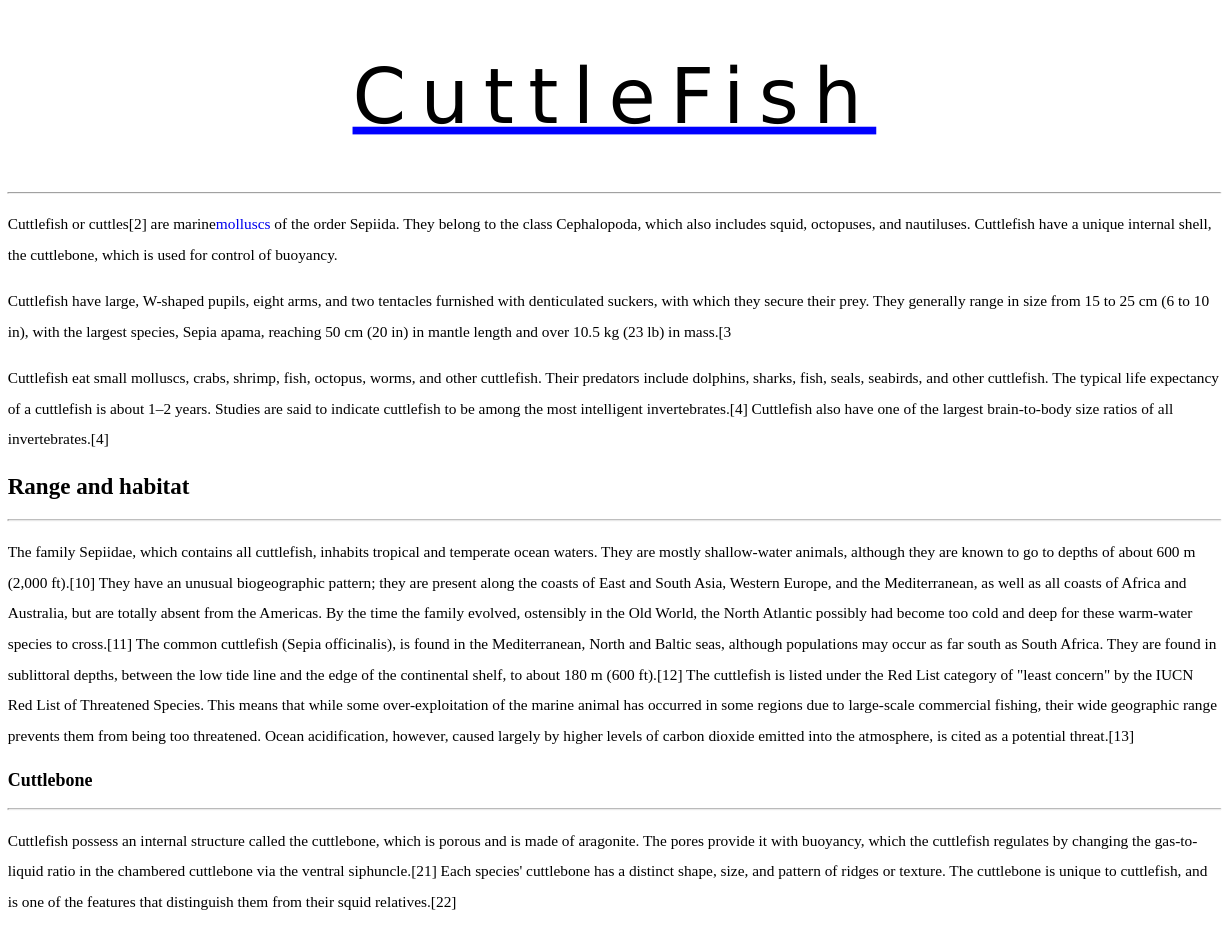
Repository: zhFIsHappy/UdemyFullStack
Page: CSS Text Properties.html
An editor plug-in stored every save of this project. The page is shown before and after a run of saves, followed by the edit.
The browser window is 1280 px wide. The pictures show the whole page, at 96% of full size.

Above is the page before, as saved 2021-12-31 19:37:06.

### CSS Text Properties.html
<!DOCTYPE html>
<html lang="en">
<head>
    <meta charset="UTF-8">
    <meta http-equiv="X-UA-Compatible" content="IE=edge">
    <meta name="viewport" content="width=device-width, initial-scale=1.0">
    <title>CSS Text Properties</title>
    <link rel = "stylesheet" href="apt.css">
</head>
<body>
    <h1>CuttleFish</h1>
    <hr>
    <p>
        Cuttlefish or cuttles[2] are marine<a href="#nowhere">molluscs</a>  of the order Sepiida. They belong to the class Cephalopoda, which also
        includes squid, octopuses, and nautiluses. Cuttlefish have a unique internal shell, the cuttlebone, which is used for
        control of buoyancy.
    </p>
    <p>
        Cuttlefish have large, W-shaped pupils, eight arms, and two tentacles furnished with denticulated suckers, with which
        they secure their prey. They generally range in size from 15 to 25 cm (6 to 10 in), with the largest species, Sepia
        apama, reaching 50 cm (20 in) in mantle length and over 10.5 kg (23 lb) in mass.[3
    </p>
    <p>
        Cuttlefish eat small molluscs, crabs, shrimp, fish, octopus, worms, and other cuttlefish. Their predators include
        dolphins, sharks, fish, seals, seabirds, and other cuttlefish. The typical life expectancy of a cuttlefish is about 1–2
        years. Studies are said to indicate cuttlefish to be among the most intelligent invertebrates.[4] Cuttlefish also have
        one of the largest brain-to-body size ratios of all invertebrates.[4]
    </p>
    <h2>Range and habitat</h2>
    <hr>
    <p>
        The family Sepiidae, which contains all cuttlefish, inhabits tropical and temperate ocean waters. They are mostly
        shallow-water animals, although they are known to go to depths of about 600 m (2,000 ft).[10] They have an unusual
        biogeographic pattern; they are present along the coasts of East and South Asia, Western Europe, and the Mediterranean,
        as well as all coasts of Africa and Australia, but are totally absent from the Americas. By the time the family evolved,
        ostensibly in the Old World, the North Atlantic possibly had become too cold and deep for these warm-water species to
        cross.[11] The common cuttlefish (Sepia officinalis), is found in the Mediterranean, North and Baltic seas, although
        populations may occur as far south as South Africa. They are found in sublittoral depths, between the low tide line and
        the edge of the continental shelf, to about 180 m (600 ft).[12] The cuttlefish is listed under the Red List category of
        "least concern" by the IUCN Red List of Threatened Species. This means that while some over-exploitation of the marine
        animal has occurred in some regions due to large-scale commercial fishing, their wide geographic range prevents them
        from being too threatened. Ocean acidification, however, caused largely by higher levels of carbon dioxide emitted into
        the atmosphere, is cited as a potential threat.[13]

    </p>
    <h3>Cuttlebone</h3>
    <hr>
    <p>
        Cuttlefish possess an internal structure called the cuttlebone, which is porous and is made of aragonite. The pores
        provide it with buoyancy, which the cuttlefish regulates by changing the gas-to-liquid ratio in the chambered cuttlebone
        via the ventral siphuncle.[21] Each species' cuttlebone has a distinct shape, size, and pattern of ridges or texture.
        The cuttlebone is unique to cuttlefish, and is one of the features that distinguish them from their squid relatives.[22]
    </p>
</body>
</html>

### apt.css
h1{
    text-align: center;
    font-weight : 400;
    text-decoration: blue underline;
    letter-spacing :15px;
    font-size: 80px;
    font-family:Verdana;
}
a {
    text-decoration: none;
}

p {
    line-height: 2;
}

After the next 2 saves:
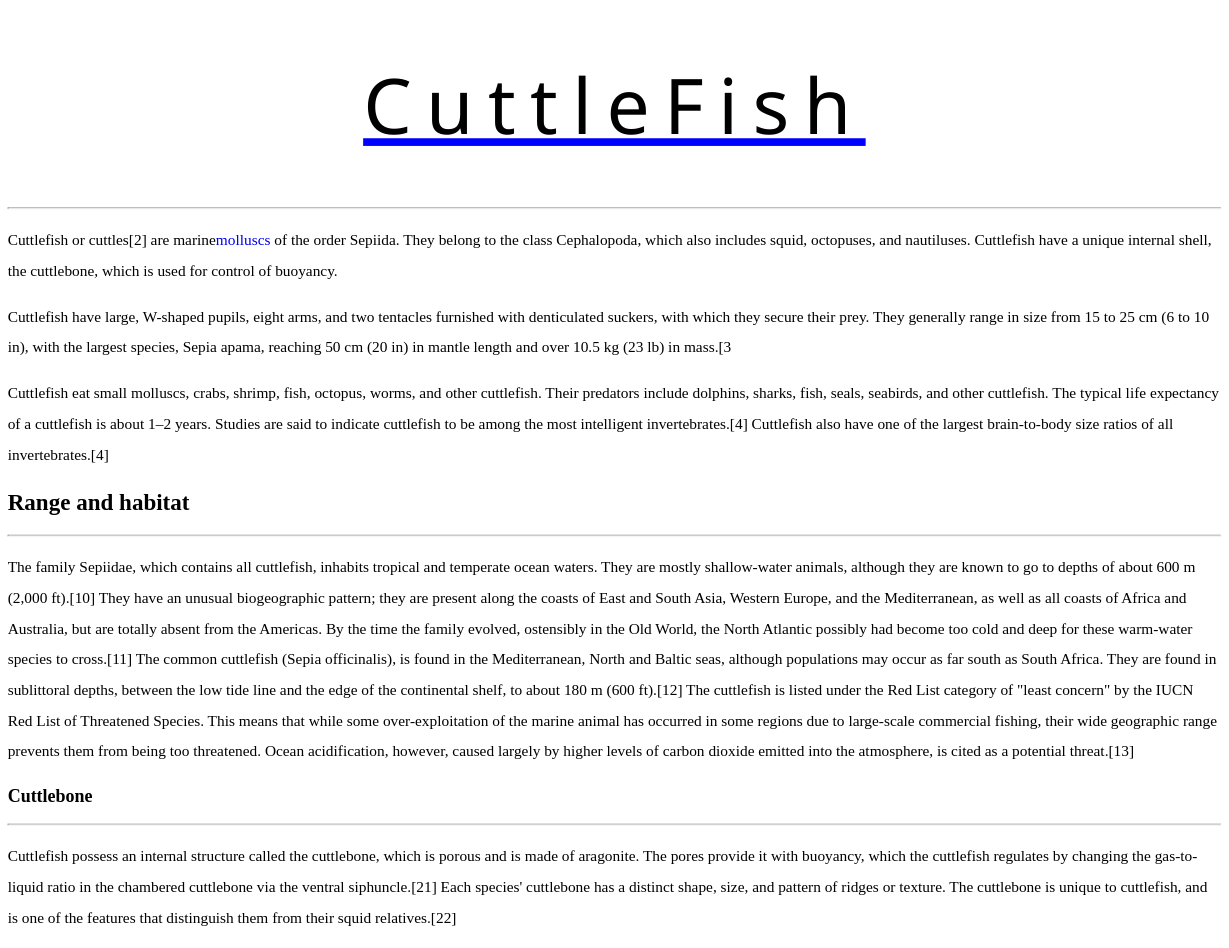
The 2 saves are shown as one change because they came seconds apart.
The last was saved 82 s later.
--- a/apt.css
+++ b/apt.css
@@ -4,7 +4,7 @@ h1{
     text-decoration: blue underline;
     letter-spacing :15px;
     font-size: 80px;
-    font-family:Verdana;
+    font-family:Segoe Ui, Futura;
 }
 a {
     text-decoration: none;
